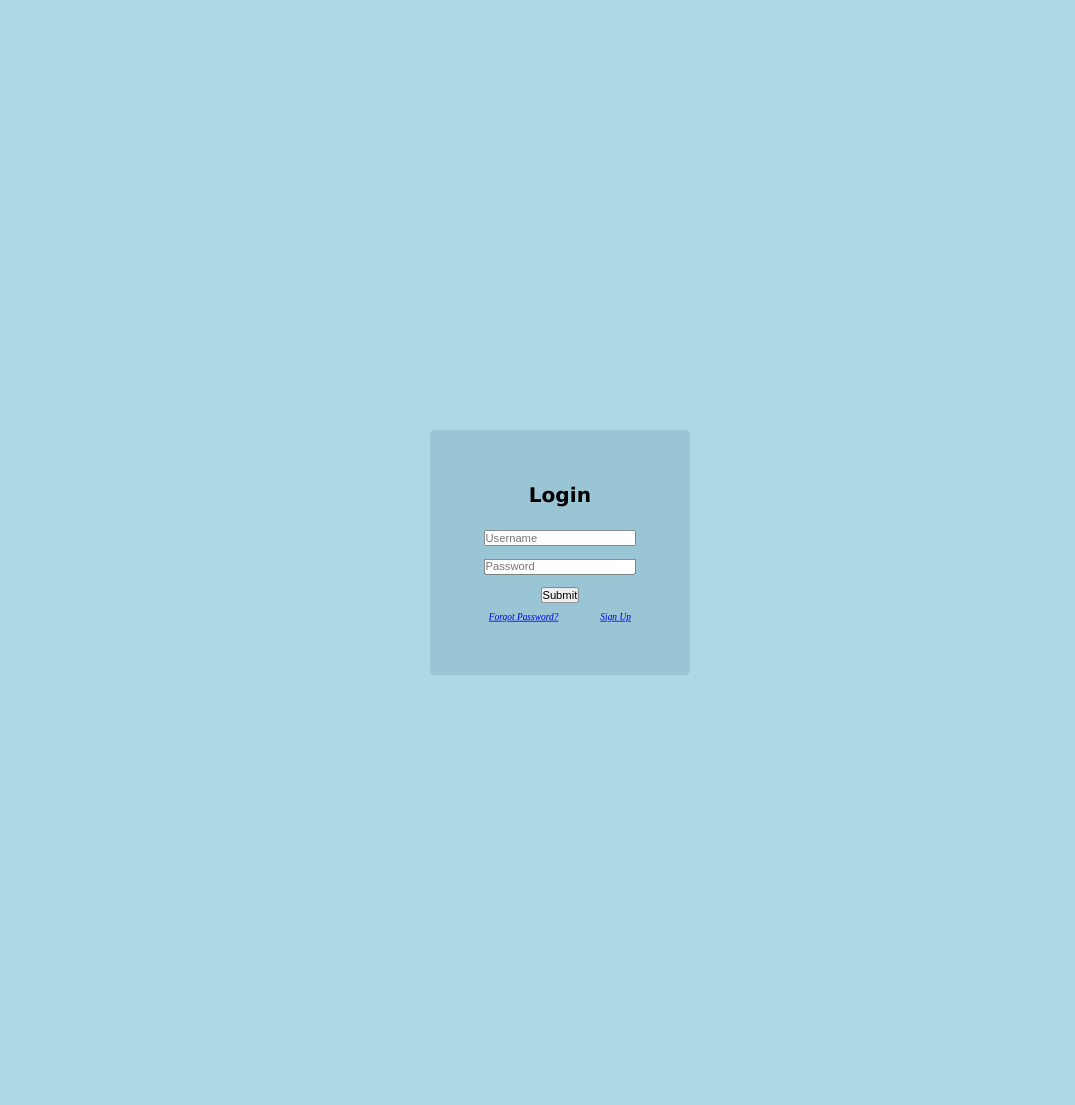
Repository: busra-kayaa/LoginPage
Page: login.html
An editor plug-in stored every save of this project. The page is shown before and after the next save, followed by the edit.
The browser window is 1280 px wide. The pictures show the whole page, at 84% of full size.

Above is the page before, as saved 2023-12-29 10:52:24.

### login.html
<!DOCTYPE html>
<html>
    <head>
        <title>Login Page</title>
        <link rel="stylesheet" href="./style.css" type="text/css"/>
    </head>
    <body>
        <div class="login-from-container">
          <div class ="login-text"><h2>Login</h2></div>
            <div class="input-group1">
                <i class="fa fa-user"></i>
                <input
                    type="text"
                    placeholder="Username"
                    class="input-text"
                    autocomplete="off"
                />
            </div>
            <div class="input-group2">
                <i class="fa fa-unclok-alt"></i>
                <input
                    type="password"
                    placeholder="Password"
                    class="input-text"
                    autocomplete="off"
                />
            </div>
            <div class="subgroup">
                <div class="button-group" id="login-button">
                    <button onclick="alert('Bilgileriniz Başarıyla Alınmıştır.')">Submit</button>
                </div>
                <div class="footer">
                    <a href="#" target="_blank">Forgot Password? </a>
                    <a href="#" target="_blank">Sign Up</a>
                </div>
            </div>
        </div>
    </body>
</html>

### style.css

*{
    padding: 0px;
    margin: 0px;
}
body {
    background-color: lightblue;
    display: flex;
    flex-direction: row;
    align-items: center;
    font-size: 100%;

}

.login-from-container {
    background-color: rgb(153, 197, 212);

    flex-direction: column;
    justify-content: center;
    align-items: center;
    text-align: center;
    border-radius: 2%;
    display: flex;
    margin: 40%;
    padding: 5%;
}

.login-text {
    font-family: 'Lucida Sans', 'Lucida Sans Regular', 'Lucida Grande', 'Lucida Sans Unicode', Geneva, Verdana, sans-serif;
    font-size: 100%;
    padding-bottom: 10%;
}

.input-group1 {
    margin-top: 5%;
    margin-bottom: 3%;
}

.input-group2 {
    margin-bottom: 3%;
    margin-top: 5%;
}

.button-group {
    color: black ;
    border: none;
    color: white;
    text-align: center;
    text-decoration: none;
    display: inline-block;
    font-size: 16px;
    margin: 10px 10px;
    cursor: pointer;
}
.subgroup {
}
.footer {
    display: flex;
    flex-direction: raw;
    gap: 50px;
    font-size: 70%;
    font-style: italic;
}

After the next save:
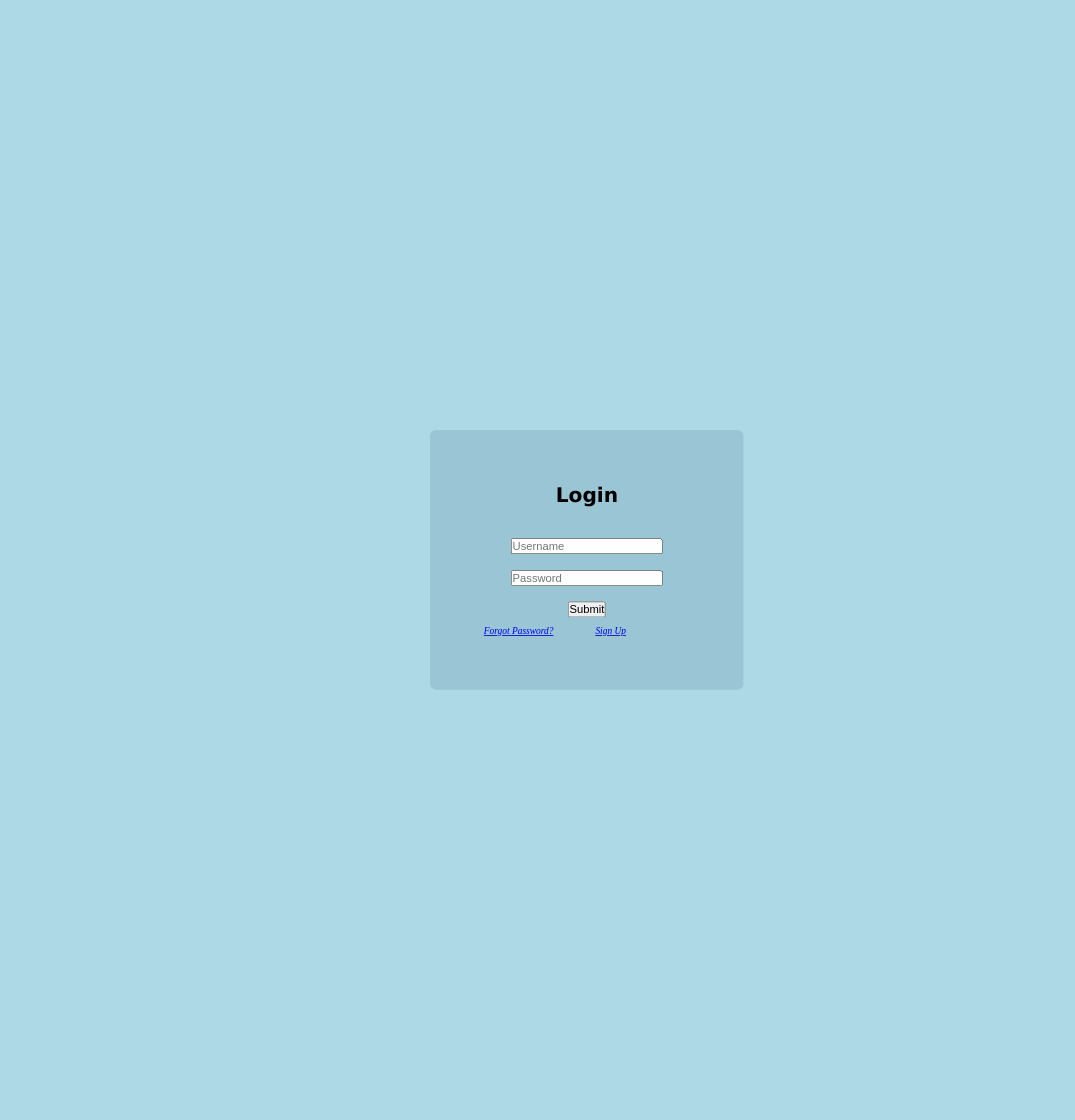
Saved 4 s later.
--- a/style.css
+++ b/style.css
@@ -49,7 +49,7 @@ body {
     text-decoration: none;
     display: inline-block;
     font-size: 16px;
-    margin: 10px 10px;
+    margin: 10px 100px;
     cursor: pointer;
 }
 .subgroup {

After the 2 saves that followed:
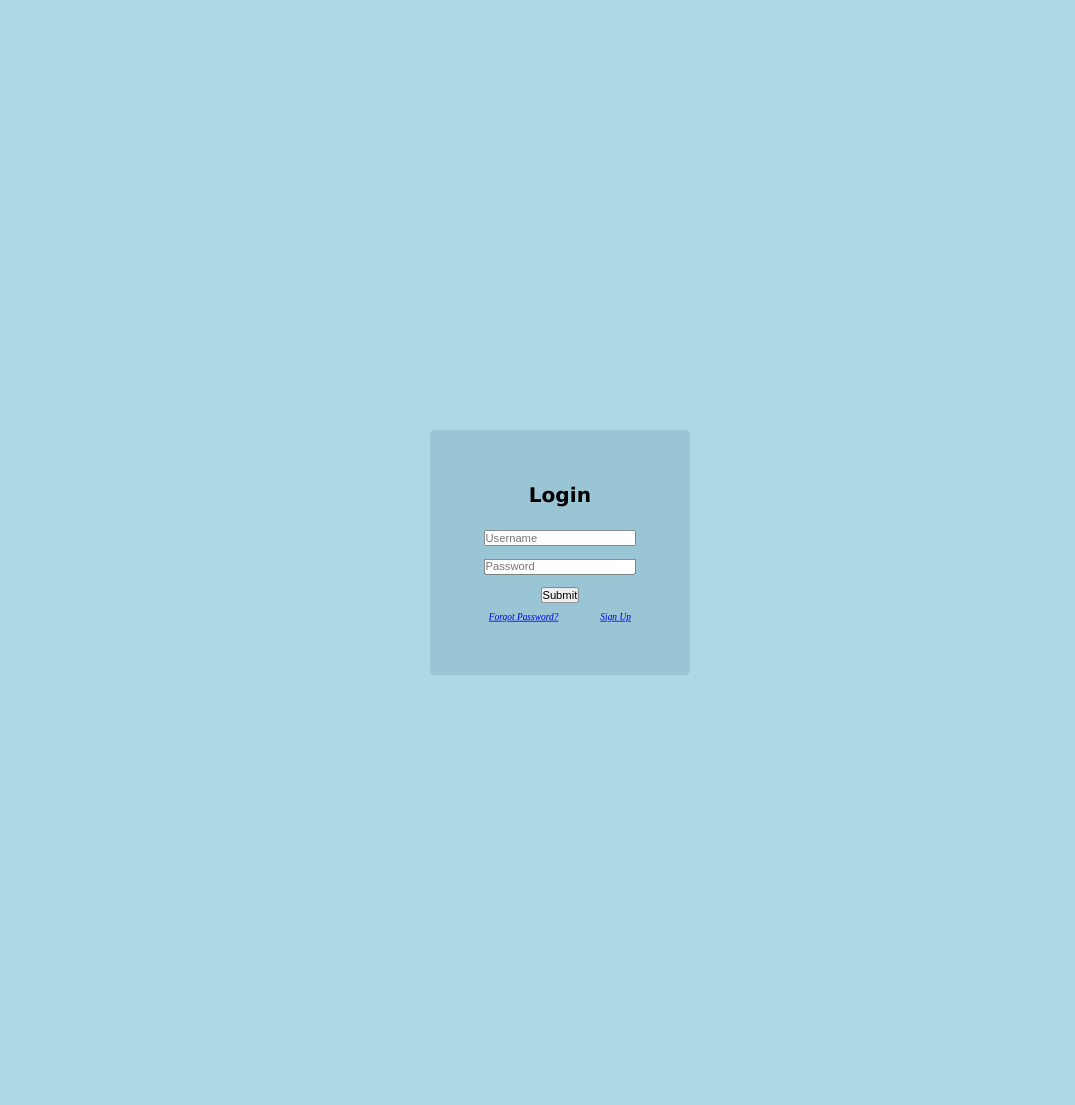
The 2 saves are shown as one change because they came seconds apart.
The last was saved 8 s later.
--- a/style.css
+++ b/style.css
@@ -49,7 +49,7 @@ body {
     text-decoration: none;
     display: inline-block;
     font-size: 16px;
-    margin: 10px 100px;
+    margin: 10px 2px;
     cursor: pointer;
 }
 .subgroup {
